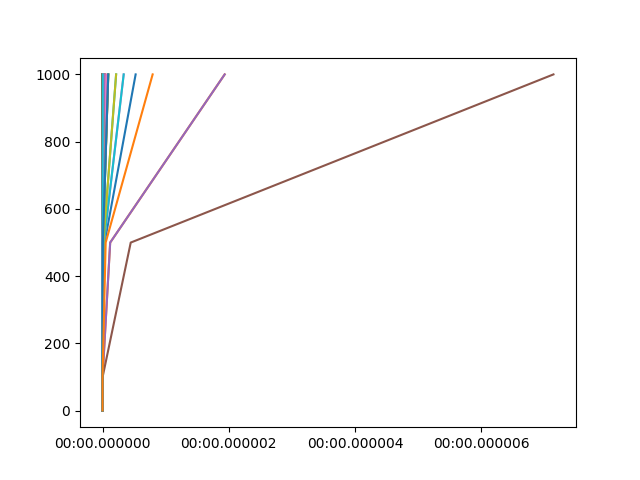
Repository: MichaelCullen2011/QuantumAndNeutrinos
Script's output: python neutrinos.py
An editor plug-in stored every save of this project. The script's output is shown before and after the next save, followed by the edit.
Random numbers start from a fixed seed.

Above is the script's output before, as saved 2021-06-02 10:07:46.

### neutrinos.py
import numpy as np
import matplotlib.pyplot as plt


'''
To Do       -   Add graphing for a range of energies for each neutrino cs reaction
'''


'''
Variables and Constants
'''
# Variables
delta_m_sq = 'Mass difference squared between two flavour states'
delta_m_e_mu_sq = 7.53e-5      # eV**2
delta_m_tau_mu_sq = 2.44e-3    # eV**2  # can be +ve or -ve
delta_m_tau_e_sq = 2.44e-3     # eV**2  # can be +ve or -ve
delta_m_mu_e_sq = delta_m_e_mu_sq      # eV**2
delta_m_mu_tau_sq = delta_m_tau_mu_sq    # can be +ve or -ve
delta_m_e_tau_sq = delta_m_tau_e_sq     # eV**2

sin_sq_theta_e_tau = 0.093
sin_sq_theta_e_mu = 0.846
sin_sq_theta_mu_tau = 0.92      # actually > 0.92 but it varies on atmospheric values
sin_sq_theta_mu_e = sin_sq_theta_e_mu
sin_sq_theta_tau_e = sin_sq_theta_e_tau
sin_sq_theta_tau_mu = sin_sq_theta_mu_tau


m_out = 10       # reactant mass out (electrons, muons etc)
m_in = 1000        # reactant mass in (electrons, muons etc)
E_v = 100     # Neutrino energy
L = 10       # distance oscillating (for oscillation)
E = E_v     # Neutrino beam energy
d = 10       # distance travelled (for decoherence)

G_f = 1.1663787e-5         # GeV-2
sin_sq_theta_w = 0.22290        # Weinberg angle
m_e = 0.511 * 1e-3     # GeV c-2
m_u = 105 * 1e-3       # GeV c-2
sigma_naught = 1.72e-45         # m**2 / GeV


mom_v = 0
# mom_e = m_e + v_e
# mom_u = m_u + v_u
mom_e = np.sqrt((sigma_naught * np.pi) / G_f**2)
mom_u = mom_e * (m_u / m_e)      # assume similar velocities

kinematic_e = (mom_v + mom_e)**2
kinematic_u = (mom_v + mom_u)**2

kinematic_e = m_e**2 + 2*m_e*E_v
kinematic_u = m_u**2 + 2*m_u*E_v

sigma_naught_e = (G_f**2 * kinematic_e) / np.pi
sigma_naught_u = (G_f**2 * kinematic_u) / np.pi


'''
Oscillation Probabilities   -   p_oscill = (np.sin(2 * theta))**2 * (np.sin((delta_m_sq * L) / (4 * E)))**2
'''


class Oscillations:
    def __init__(self, distance):
        p_e_mu_list = []
        p_e_tau_list = []
        p_e_e_list = []

        p_mu_e_list = []
        p_mu_tau_list = []
        p_mu_mu_list = []

        p_tau_e_list = []
        p_tau_mu_list = []
        p_tau_tau_list = []

        max = 1000      # Number of points
        E = 4      # GeV
        L = distance    # Km
        x_range = np.linspace(0, L / E, max)
        theta_range = np.linspace(0, 2 * np.pi, max)
        n = 0
        for x in x_range:
            n += 1
            print("Calculated Probability {} of {}".format(n, max))
            p_e_mu_list.append(Oscillations.prob(self, flavours='e_mu', x=x))
            p_e_tau_list.append(Oscillations.prob(self, flavours='e_tau', x=x))
            p_e_e_list.append(
                (1 - (Oscillations.prob(self, flavours='e_mu', x=x)) * (1 - Oscillations.prob(self, flavours='e_tau', x=x))))

            p_mu_e_list.append(Oscillations.prob(self, flavours='mu_e', x=x))
            p_mu_tau_list.append(Oscillations.prob(self, flavours='mu_tau', x=x))
            p_mu_mu_list.append(
                (1 - Oscillations.prob(self, flavours='mu_e', x=x)) * (1 - Oscillations.prob(self, flavours='mu_tau', x=x)))

            p_tau_e_list.append(Oscillations.prob(self, flavours='tau_e', x=x))
            p_tau_mu_list.append(Oscillations.prob(self, flavours='tau_mu', x=x))
            p_tau_tau_list.append(
                (1 - (Oscillations.prob(self, flavours='tau_e', x=x)) * (1 - Oscillations.prob(self, flavours='tau_mu', x=x))))

        prob_e = [p_e_e_list, p_e_mu_list, p_e_tau_list]
        prob_mu = [p_mu_mu_list, p_mu_e_list, p_mu_tau_list]
        prob_tau = [p_tau_tau_list, p_tau_e_list, p_tau_mu_list]

        prob_neut = [prob_e, prob_mu, prob_tau]

        fig, axs = plt.subplots(3)
        fig.suptitle('Neutrino Oscillations')
        n = 0
        for initial in prob_neut:
            if n == 0:
                for p in initial:
                    axs[n].plot(x_range, p)
                    axs[n].legend(['e to e', 'e to mu', 'e to tau'], loc=1)
            if n == 1:
                for p in initial:
                    axs[n].plot(x_range, p)
                    axs[n].legend(['mu to mu', 'mu to e', 'mu to tau'], loc=1)
            if n == 2:
                for p in initial:
                    axs[n].plot(x_range, p)
                    axs[n].legend(['tau to tau', 'tau to e', 'tau to mu'], loc=1)
            n += 1

    def prob(self, flavours, x):
        if flavours == 'e_mu':
            prob = sin_sq_theta_e_mu * np.square(np.sin(1.27 * delta_m_e_mu_sq * x / 4))
        elif flavours == 'e_tau':
            prob = sin_sq_theta_e_tau * np.square(np.sin(1.27 * delta_m_e_tau_sq * x / 4))
        elif flavours == 'mu_e':
            prob = sin_sq_theta_e_mu * np.square(np.sin(1.27 * delta_m_mu_e_sq * x / 4))
        elif flavours == 'mu_tau':
            prob = sin_sq_theta_mu_tau * np.square(np.sin(1.27 * delta_m_mu_tau_sq * x / 4))
        elif flavours == 'tau_e':
            prob = sin_sq_theta_tau_e * np.square(np.sin(1.27 * delta_m_tau_e_sq * x / 4))
        elif flavours == 'tau_mu':
            prob = sin_sq_theta_tau_mu * np.square(np.sin(1.27 * delta_m_tau_mu_sq * x / 4))
        return prob


'''
Cross Sections
'''


class CrossSections:
    def __init__(self, energy, lepton):
        E_v = energy
        sigma_naught = 1.72e-45

        s_e = sigma_naught * np.pi / G_f**2
        s_u = s_e * (m_u / m_e)

        sigma_naught_e = (2 * m_e * G_f**2 * E_v) / np.pi
        sigma_naught_u = (2 * m_u * G_f**2 * E_v) / np.pi

        print("HERE ", sigma_naught_e, sigma_naught_u)
        if lepton == 'e':
            sigma_naught = sigma_naught_e
            self.cs_without_ms = {'e_e': [], 'E_E': [], 'E_U': [], 'u_e': [], 'u_u': [], 'U_U': []}
            self.cs_with_ms = {'e_e': [], 'E_E': [], 'E_U': [], 'u_e': [], 'u_u': [], 'U_U': []}

        elif lepton == 'u':
            sigma_naught = sigma_naught_u
            self.cs_without_ms = {'e_e': [], 'E_E': [], 'U_E': [], 'e_u': [], 'u_u': [], 'U_U': []}
            self.cs_with_ms = {'e_e': [], 'E_E': [], 'U_E': [], 'e_u': [], 'u_u': [], 'U_U': []}

        for flavour in self.cs_without_ms.keys():
            cs = CrossSections.neutrino_and_electron(self, flavour=flavour) * energy * sigma_naught
            self.cs_without_ms[flavour].append(cs)
            self.cs_with_ms[flavour].append(
                cs * energy * sigma_naught *
                CrossSections.mass_suppression(
                    self, flavour, energy=energy, reaction_lepton=lepton
                )
            )
        print("CS without mass suppression, \n", self.cs_without_ms)
        print("CS with mass suppression, \n", self.cs_with_ms)

    def neutrino_and_electron(self, flavour):
        if flavour == 'e_e':
            cs = 0.25 + sin_sq_theta_w + (4 / 3) * np.square(sin_sq_theta_w)
        elif flavour == 'E_E':
            cs = (1 / 12) + 1 / 3 * (sin_sq_theta_w + 4 / 3 * np.square(sin_sq_theta_w))
        elif flavour == 'E_U' or flavour == 'U_E':
            cs = 1 / 3
        elif flavour == 'u_e' or flavour == 'e_u':
            cs = 1
        elif flavour == 'u_u':
            cs = 1 / 4 - sin_sq_theta_w + 4 / 3 * np.square(sin_sq_theta_w)
        elif flavour == 'U_U':
            cs = 1 / 12 - 1 / 3 * sin_sq_theta_w + 4 / 3 * np.square(sin_sq_theta_w)
        return cs

    def mass_suppression(self, flavour, energy, reaction_lepton='e'):
        m_E = m_e
        m_U = m_u
        if reaction_lepton == 'e':
            m_in = m_e
        elif reaction_lepton == 'u':
            m_in = m_u

        if flavour == 'e_e':
            zeta = 1 - ((m_e ** 2) / (m_in ** 2 + 2 * m_in * energy))
        elif flavour == 'E_E':
            zeta = 1 - ((m_e ** 2) / (m_in ** 2 + 2 * m_in * energy))
        elif flavour == 'E_U':
            zeta = 1 - ((m_u ** 2) / (m_in ** 2 + 2 * m_in * energy))
        elif flavour == 'u_e':
            zeta = 1 - ((m_u ** 2) / (m_in ** 2 + 2 * m_in * energy))
        elif flavour == 'u_u':
            zeta = 1 - ((m_e ** 2) / (m_in ** 2 + 2 * m_in * energy))
        elif flavour == 'U_U':
            zeta = 1 - ((m_e ** 2) / (m_in ** 2 + 2 * m_in * energy))
        # neutrino-muon specific reactions
        elif flavour == 'U_E':
            zeta = 1 - ((m_e ** 2) / (m_in ** 2 + 2 * m_in * energy))
        elif flavour == 'e_u':
            zeta = 1 - ((m_e ** 2) / (m_in ** 2 + 2 * m_in * energy))
        return zeta




def combine_cs(e_class, u_class):
    all_cs = {'e_e': [], 'e_u': [], 'u_u': [], 'u_e': [], 'E_E': [], 'E_U': [], 'U_U': [], 'U_E': []}

    for all_reaction in all_cs.keys():
        for e_reaction, e_value in e_class.cs_without_ms.items():
            if e_reaction == all_reaction:
                all_cs[all_reaction].append(e_value[0])
        for u_reaction, u_value in u_class.cs_without_ms.items():
            if u_reaction == all_reaction:
                all_cs[all_reaction].append(u_value[0])

    for all_reaction, all_values in all_cs.items():
        if len(all_values) > 1:
            all_cs[all_reaction] = [(all_values[0] + all_values[1]) / 2]

    return all_cs

    print("COMBINED CS: \n", all_cs)


def gate_cs(all_cs):
    # creates our final dict with the probabilities for all gate interactions
    single_reactions = ['e_e', 'e_u', 'u_u', 'u_e']
    single_reactions_anti = ['E_E', 'E_U', 'U_U', 'U_E']
    whole_reaction = []
    for first_reaction in single_reactions:
        for second_reaction in single_reactions:
            whole_reaction.append(first_reaction[0] + second_reaction[0] + '_' + first_reaction[2] + second_reaction[2])
    for first_reaction in single_reactions_anti:
        for second_reaction in single_reactions_anti:
            whole_reaction.append(first_reaction[0] + second_reaction[0] + '_' + first_reaction[2] + second_reaction[2])
    gate_reactions = {whole_keys: [] for whole_keys in whole_reaction}


    # reaction 1 is reaction_combined[0] + '_' + reaction_combined[3]
    # reaction 2 in reaction_combined[1] + '_' + reaction_combined[4]
    for reaction_combined in gate_reactions.keys():
        first_reaction = reaction_combined[0] + '_' + reaction_combined[3]
        second_reaction = reaction_combined[1] + '_' + reaction_combined[4]
        gate_reactions[reaction_combined] = all_cs[first_reaction][0] * all_cs[second_reaction][0]

    for key, value in gate_reactions.items():
        print(f"{key}: {value}")
    return gate_reactions


'''
Wave Functions (for plotting)
'''


class WaveFunctions:
    def __init__(self, accuracy):
        phi = np.linspace(0, np.pi, accuracy)
        theta = np.linspace(0, 2 * np.pi, 20)
        prob_at_detector = {'e_e': [], 'e_mu': [], 'e_tau': [],
                            'mu_mu': [], 'mu_e': [], 'mu_tau': [],
                            'tau_tau': [], 'tau_e': [], 'tau_mu': []}
        flavour_list = ['e_e', 'e_mu', 'e_tau', 'mu_mu', 'mu_e', 'mu_tau', 'tau_tau', 'tau_e', 'tau_mu']
        detector_1 = {'e_e': [], 'e_mu': [], 'e_tau': [],
                      'mu_mu': [], 'mu_e': [], 'mu_tau': [],
                      'tau_tau': [], 'tau_e': [], 'tau_mu': []}
        detector_2 = {'e_e': [], 'e_mu': [], 'e_tau': [],
                      'mu_mu': [], 'mu_e': [], 'mu_tau': [],
                      'tau_tau': [], 'tau_e': [], 'tau_mu': []}

        for flavour_change in flavour_list:
            for phi_value in phi:
                prob_at_detector[flavour_change].append(WaveFunctions.prob(self, flavour=flavour_change, phi=phi_value))

            for tuple in prob_at_detector[flavour_change]:
                detector_1[flavour_change].append(tuple[0])
                detector_2[flavour_change].append(tuple[0])

        fig1 = plt.figure()
        fig2 = plt.figure()
        ax1 = fig1.add_subplot(111)
        ax2 = fig2.add_subplot(111)
        ax1.title.set_text('Detector 1 Probabilities')
        ax2.title.set_text('Detector 2 Probabilities')

        ax1.set_xticks(ticks=np.linspace(start=0, stop=2 * np.pi, num=int(accuracy)))
        ax1.set_yticks(ticks=np.linspace(0, 1, num=5))
        ax2.set_xticks(ticks=np.linspace(start=0, stop=2 * np.pi, num=int(accuracy)))
        ax2.set_yticks(ticks=np.linspace(0, 1, num=5))


        for prob_list in detector_1.values():
            #print(prob_list)
            ax1.plot(phi, prob_list, '--', linewidth=1)

        for prob_list in detector_2.values():
            #print(prob_list)
            ax2.plot(phi, prob_list, '--', linewidth=1)

        ax1.legend(flavour_list, loc=1)
        ax2.legend(flavour_list, loc=1)

    def prob(self, flavour, phi):
        order_tau_d_same = 1
        order_tau_d_change = 1 / 3
        if flavour == 'e_e':
            prob_f1 = 1
            prob_f2 = 0
        elif flavour == 'e_mu':
            prob_f1 = 1 - (np.sqrt(sin_sq_theta_e_tau) / 2) * (1 - order_tau_d_change * np.cos(phi))
            prob_f2 = (np.sqrt(sin_sq_theta_e_tau) / 2) * (1 - order_tau_d_change * np.cos(phi))
        elif flavour == 'e_tau':
            prob_f1 = 1 - (np.sqrt(sin_sq_theta_e_tau) / 2) * (1 - order_tau_d_change * np.cos(phi))
            prob_f2 = (np.sqrt(sin_sq_theta_e_tau) / 2) * (1 - order_tau_d_change * np.cos(phi))
        if flavour == 'mu_mu':
            prob_f1 = 1
            prob_f2 = 0
        elif flavour == 'mu_e':
            prob_f1 = 1 - (np.sqrt(sin_sq_theta_e_mu) / 2) * (1 - order_tau_d_change * np.cos(phi))
            prob_f2 = (np.sqrt(sin_sq_theta_e_mu) / 2) * (1 - order_tau_d_change * np.cos(phi))
        elif flavour == 'mu_tau':
            prob_f1 = 1 - (np.sqrt(sin_sq_theta_mu_tau) / 2) * (1 - order_tau_d_change * np.cos(phi))
            prob_f2 = (np.sqrt(sin_sq_theta_mu_tau) / 2) * (1 - order_tau_d_change * np.cos(phi))
        if flavour == 'tau_tau':
            prob_f1 = 1
            prob_f2 = 0
        elif flavour == 'tau_e':
            prob_f1 = 1 - (np.sqrt(sin_sq_theta_tau_e) / 2) * (1 - order_tau_d_change * np.cos(phi))
            prob_f2 = (np.sqrt(sin_sq_theta_tau_e) / 2) * (1 - order_tau_d_change * np.cos(phi))
        elif flavour == 'tau_mu':
            prob_f1 = 1 - (np.sqrt(sin_sq_theta_tau_mu) / 2) * (1 - order_tau_d_change * np.cos(phi))
            prob_f2 = (np.sqrt(sin_sq_theta_tau_mu) / 2) * (1 - order_tau_d_change * np.cos(phi))
        return prob_f1, prob_f2


'''
Running
'''
# Oscillations(distance=1e6)    # Prints oscillation probabilities for flavours given the distance it travels

# WaveFunctions(accuracy=20)      # Currently Broken. Doesnt plot correctly # Accuracy is the number of points within the range

energy_list = [1, 5, 10, 50, 100, 500, 1000]       # in GeV
energy_reactions = {keys: [] for keys in energy_list}
for energy in energy_list:
    leptons = {'e': [], 'u': []}
    for lepton in leptons.keys():
        print(f'\n Cross Sections for Reactions with {lepton}:')
        leptons[lepton] = CrossSections(energy=energy, lepton=lepton)    # Energy in GeV

    all_cs = combine_cs(leptons['e'], leptons['u'])
    gate_reactions = gate_cs(all_cs)
    all_values = [values for values in gate_reactions.values()]
    print("Average Prob: ", np.average(all_values))
    energy_reactions[energy] = all_values

plt.plot_date(energy_reactions.values(), energy_reactions.keys(), '-')
plt.show()

After the next save:
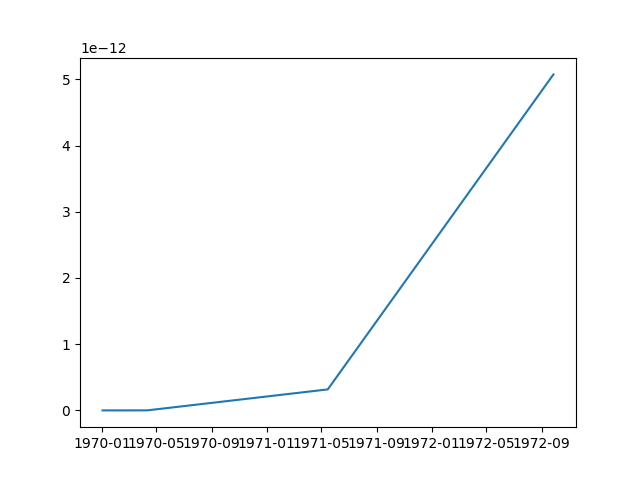
Saved 31 s later.
--- a/neutrinos.py
+++ b/neutrinos.py
@@ -374,7 +374,7 @@ for energy in energy_list:
     gate_reactions = gate_cs(all_cs)
     all_values = [values for values in gate_reactions.values()]
     print("Average Prob: ", np.average(all_values))
-    energy_reactions[energy] = all_values
-
-plt.plot_date(energy_reactions.values(), energy_reactions.keys(), '-')
+    energy_reactions[energy] = np.average(all_values)
+
+plt.plot_date(energy_reactions.keys(), energy_reactions.values(), '-')
 plt.show()
